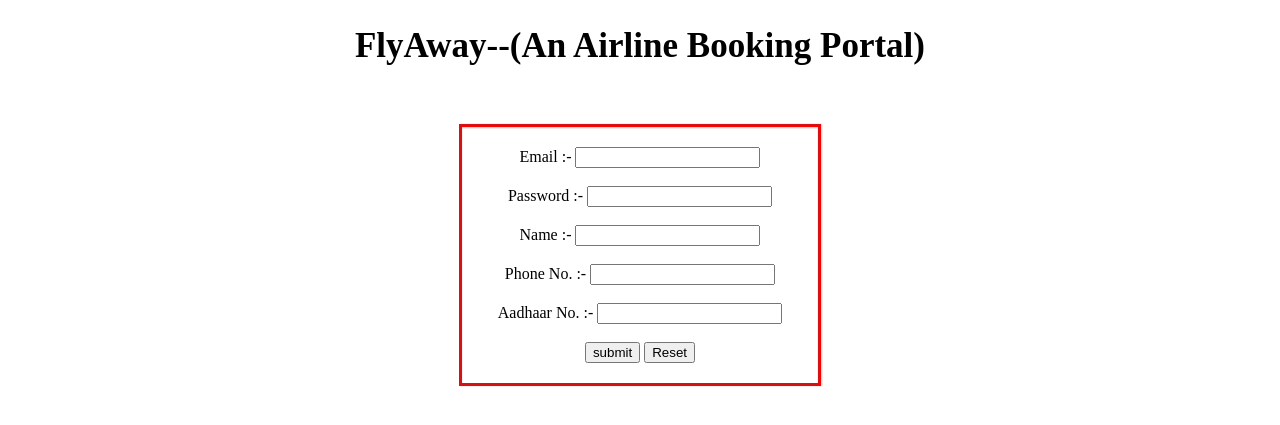
Repository: Vishu4401/FlyAway-An-Airline-Booking-Portal-
Page: http://localhost/FlyAway-An-Airline-Booking-Portal/UserRegistration.jsp
These files come from the project's save history. The page is drawn as it stood at one moment and after the next save; the edit follows.
The browser window is 1280 px wide. The pictures show the whole page.
The page is served by Tomcat 9.

Above is the page before, as saved 2022-08-22 05:31:39.

After the next save:
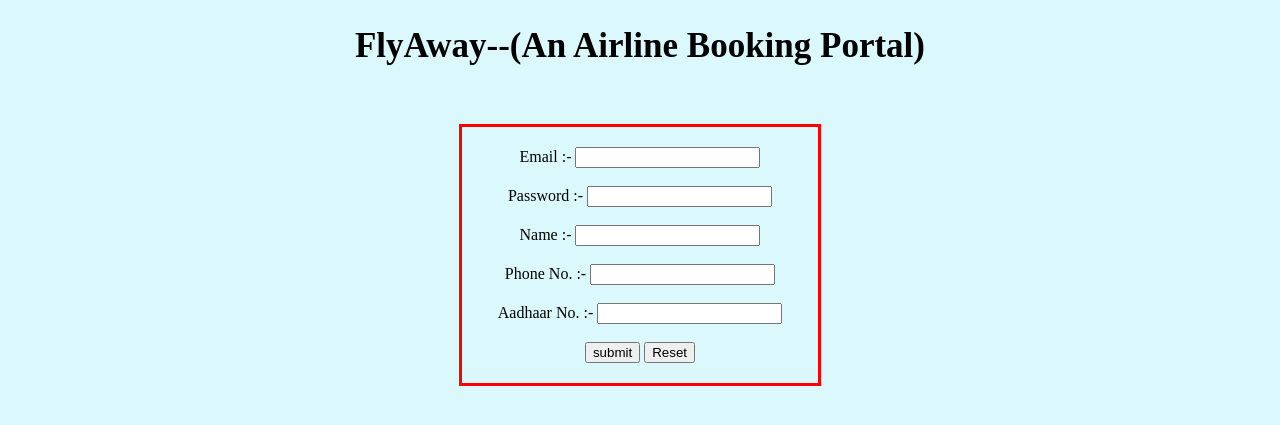
Saved 2 min 54 s later.
--- a/FlyAway-An-Airline-Booking-Portal/src/main/webapp/UserRegistration.jsp
+++ b/FlyAway-An-Airline-Booking-Portal/src/main/webapp/UserRegistration.jsp
@@ -5,6 +5,11 @@
 <head>
 <meta charset="ISO-8859-1">
 <title>User Registration</title>
+<style>
+body {
+background-color: #DBF9FC;
+}
+</style>
 </head>
 <body >
 <br>
@@ -12,7 +17,7 @@
 <br><br>
 <center>
 <div style="border:3px solid red;width:25%;padding:20px" align="center">
-<form action="UserRegistration" method=post>
+<form action="UserScreen.jsp" method=post>
 	<label for=email>Email :-</label> <input type="email" name=email id=email required /><br><br>
 	<label for=pass>Password :-</label> <input type="password" name=password id=pass required /><br><br>
 	<label for=name>Name :-</label> <input type="text" name=name id=name required/><br><br>
